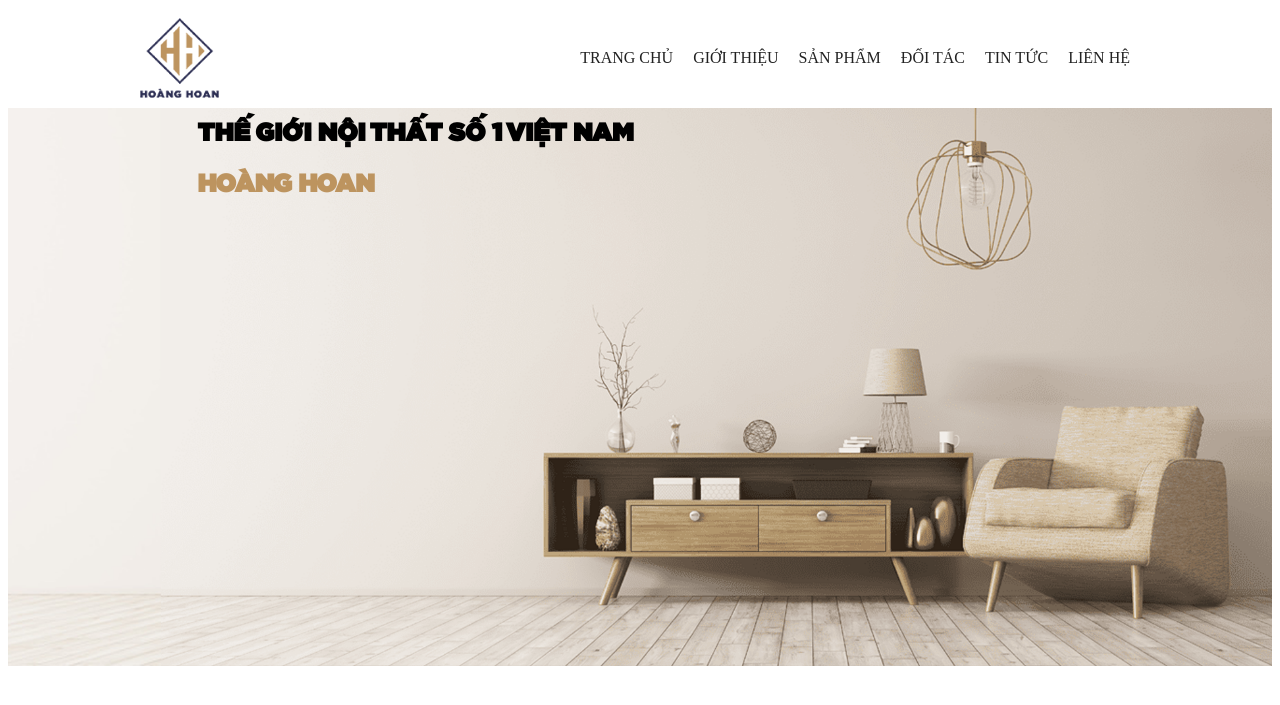
Repository: LDDUNG2003/front_end
Page: index.html
These files come from the project's save history. The page is drawn as it stood at one moment and after a run of saves; the edit follows.
The browser window is 1280 px wide. The pictures show the whole page.

Above is the page before, as saved 2023-08-28 22:09:03.

### index.html
<!DOCTYPE html>
<html lang="en">

<head>
    <meta charset="UTF-8">
    <meta name="viewport" content="width=device-width, initial-scale=1.0">
    <title>Document</title>
    <link rel="stylesheet" href="./public/css/base.css">
    <link rel="stylesheet" href="./public/css/home.css">
</head>

<body>
    <div class="main">
        <div class="header">
            <div class="navBar">
                <img src="./public/img/logo.png" alt="logo" class="logo">
                <ul class="navBar__list">
                    <li class="navBar__list-item"><a href="" class="navBar__list--link">trang chủ</a></li>
                    <li class="navBar__list-item">
                        <a href="" class="navBar__list--link">giới thiệu</a>
                    </li>
                    <li class="navBar__list-item">
                        <a href="" class="navBar__list--link">sản phẩm</a>
                    </li>
                    <li class="navBar__list-item">
                        <a href="" class="navBar__list--link">đối tác</a>
                    </li>
                    <li class="navBar__list-item">
                        <a href="" class="navBar__list--link">tin tức</a>
                    </li>
                    <li class="navBar__list-item">
                        <a href="" class="navBar__list--link">liên hệ</a>
                    </li>
                </ul>
            </div>
        </div>
        <div class="content">
            <div class="content__banner">
                <div class="content--list-image">
                    <img class="content--image" src="./public/img/banner.png" alt="">
                </div>
                <div class="banner--content">
                    <div class="banner--content-title">
                        <h2 class="banner--content-text">THẾ GIỚI NỘI THẤT SỐ 1 VIỆT NAM</h2>
                        <h2 class="banner--content-text" style="color: var(--primary-color)">hoàng hoan</h2>
                    </div>
                </div>
            </div>
            <div class="footer"></div>
        </div>
</body>

</html>

### public/css/base.css
:root {
    --primary-color: #bd945f;
    --text-color: #222222;
}


/* font setting */

@font-face {
    font-family: "gotham-family";
    src: url(../front/Gotham-Medium.otf);
    font-family: "gotham-linear";
    src: url(../front/Gotham-Thin.otf);
    font-family: "gotham-utral";
    src: url(../front/Gotham-Ultra.otf);
}

* {
    font-family: "gotham-family";
}

.main {
    width: 100%;
}

.header {
    padding: 10px 0px;
    margin: auto;
    width: 100%;
    max-width: 1000px;
}

.navBar {
    display: flex;
    width: 100%;
    justify-content: space-between;
}

.logo {
    height: 80px;
}

.navBar__list {
    display: flex;
    list-style: none;
    align-items: center;
}

.navBar__list-item {
    margin: 0 10px;
}

.navBar__list--link {
    text-transform: uppercase;
    font-size: 16px;
    color: var(--text-color);
    text-decoration: none;
}

### public/css/home.css
.content {
    width: 100%;
}

.content__banner {
    width: 100%;
    position: relative;
}

.content--list-image {
    width: 100%;
    max-width: 1300px;
    margin: auto;
}

.content--image {
    width: 100%;
}

.banner--content {
    position: absolute;
    top: -10px;
    left: 15%;
}

.banner--content-title {}

.banner--content-text {
    text-transform: uppercase;
    font-family: 800;
    font-family: "gotham-utral";
    font-size: 25px;
}

After the next 2 saves:
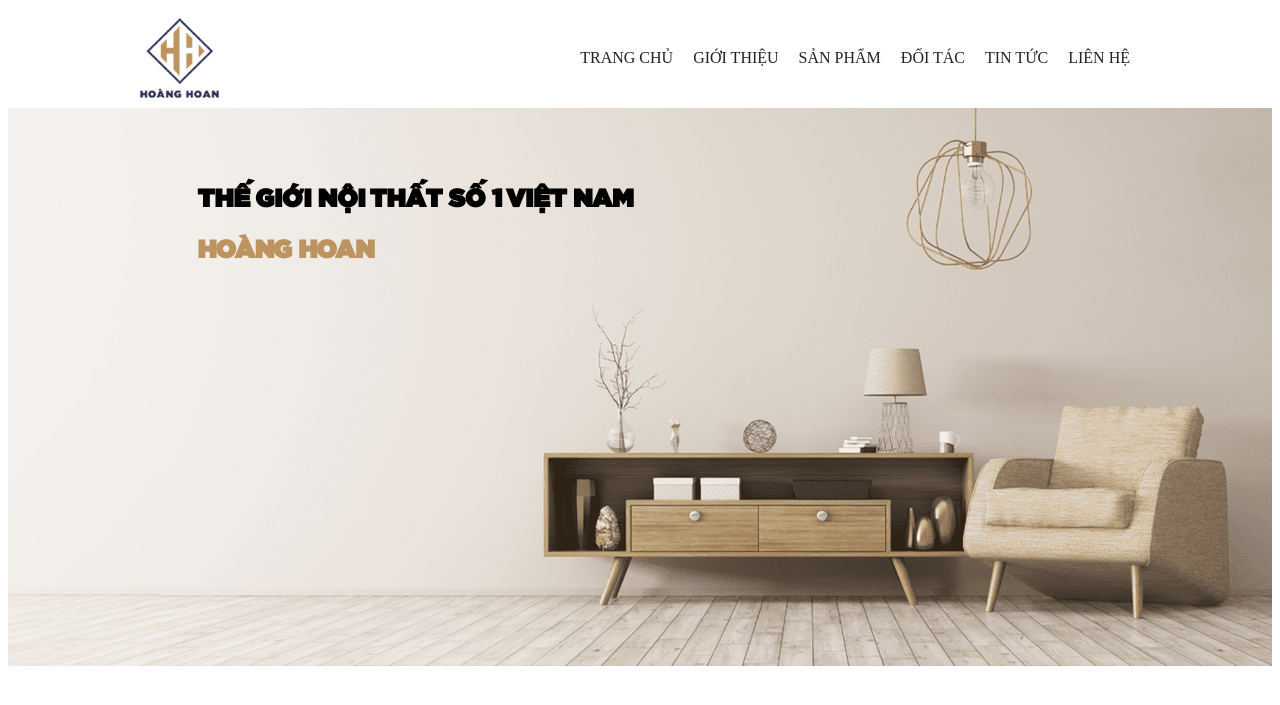
The 2 saves are shown as one change because they came seconds apart.
The last was saved 12 s later.
--- a/public/css/home.css
+++ b/public/css/home.css
@@ -19,7 +19,7 @@
 
 .banner--content {
     position: absolute;
-    top: -10px;
+    top: 10%;
     left: 15%;
 }
 
